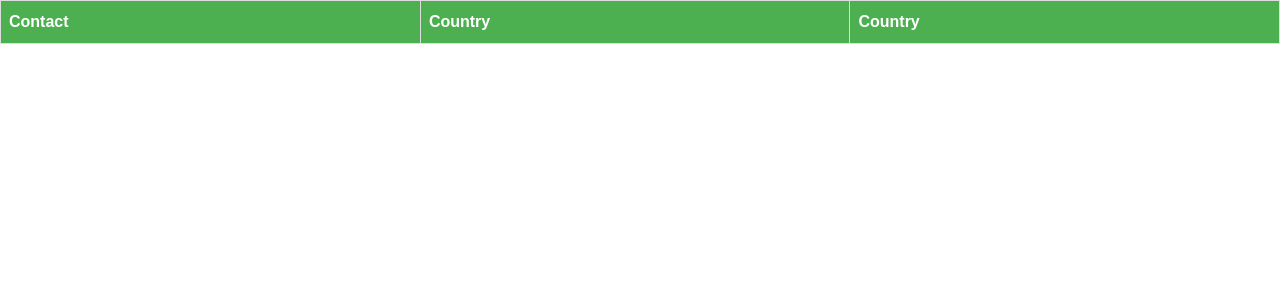
Repository: Rubin78/Firstairport
Page: /
These files come from the project's save history. The page is drawn as it stood at one moment and after the next save; the edit follows.
The browser window is 1280 px wide. The pictures show the whole page.
The page's requests for data from a server got no answer. The project was rebuilt for these pictures with package versions that can differ from the ones it lists, and the page was loaded fresh each time. No one was signed in, and anything a server would have sent is missing. Also part of the build but not shown: src/DataTable.js.

Above is the page before, as saved 2021-03-27 17:22:14.

After the next save:
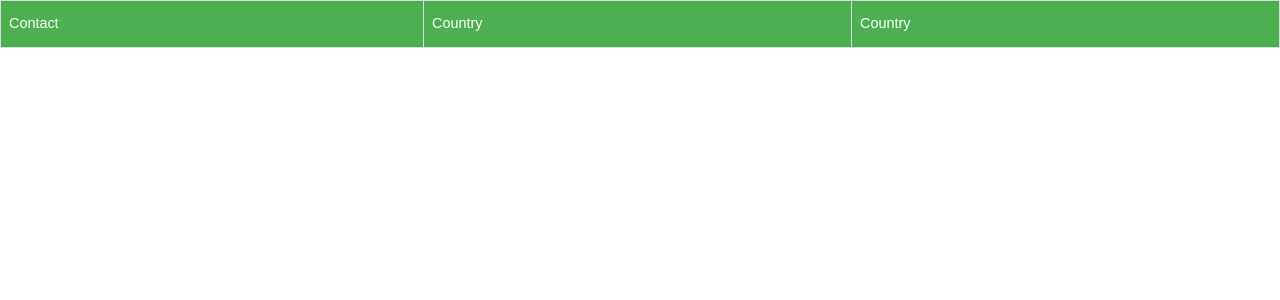
Saved 52 s later.
--- a/src/App.js
+++ b/src/App.js
@@ -905,6 +905,10 @@ export default App;
 
 import React,{useEffect,useState} from 'react';
 import axios from "axios";
+import "bootstrap-css-only/css/bootstrap.min.css";
+import "mdbreact/dist/css/mdb.css";
+import "bootstrap-css-only/css/bootstrap.min.css";
+import "mdbreact/dist/css/mdb.css";
 import DataTable from "./DataTable";
 import "./App.css";
 const App = () => {
